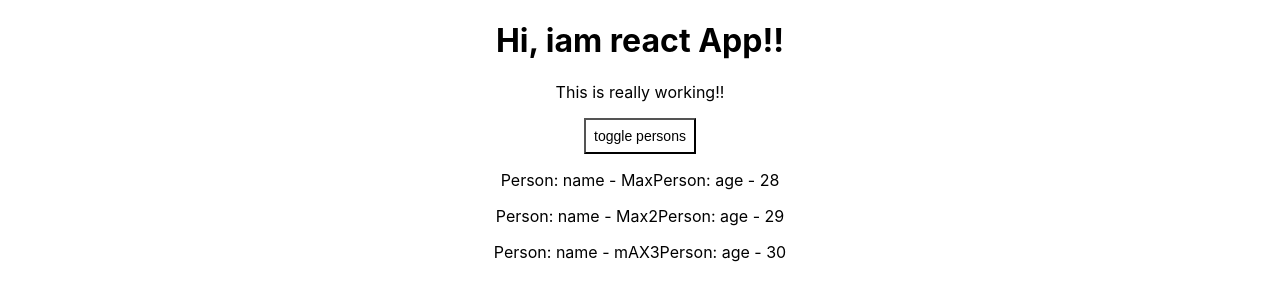
Repository: RohitMalik2/Rohit_react
Page: /, after clicking the first element matching `button`
These files come from the project's save history. The page is drawn as it stood at one moment and after the next save; the edit follows.
The browser window is 1280 px wide. The pictures show the whole page.
The project was rebuilt for these pictures with package versions that can differ from the ones it lists, and the page was loaded fresh each time.

Above is the page before, as saved 2019-11-21 22:23:34.

### src/App.js
import React, { Component } from 'react';
import logo from './logo.svg';
import './App.css';
import Person from './Person/Person'

class App extends Component {

  state = {
    persons: [
      { name: 'Max', age: 28 },
      { name: 'Max2', age: 29 },
      { name: 'mAX3', age: 30 }
    ],
    otherState: 'some other state',
    showPersons: false
  }
/*
  switchNameHandler = (newName) => {
    // Don't do this: this.state.persons[0].name = 'Maximilian'
    this.setState({
      persons: [
        { name: newName, age: 35 },
        { name: 'Max2', age: 29 },
        { name: 'mAX3', age: 30 }
      ],
      otherState: 'some other state'
    });
  }

  nameChangeHandler = (event) => {
    this.setState({
      persons: [
        { name: 'Yash', age: 13 },
        { name: event.target.value, age: 13 },
        { name: 'Yash', age: 13 }
      ]
    })
  } */

  deletePersonHandler = (index) => {
    const persons = this.state.persons;
    persons.splice(index, 1);
    this.setState({persons: persons});
  }

  togglePersonsHandler = () => {
    const currentState = this.state.showPersons;
    this.setState({ showPersons: !currentState });
  }
  render() {
    const style = {
      fontSize: '14px',
      backgroundColor: 'White',
      border: '1px soild blue',
      padding: '8px'
    };

    let persons = null;
    if (this.state.showPersons) {
      persons = (
        <div>
          {/* iterating through a list of items */}
          {this.state.persons.map((person, index) => {
            return <Person onClick={() => this.deletePersonHandler(index)}
                    name={person.name}
                    age={person.age} />;
          })}

          {/*  <Person
            name={this.state.persons[0].name}
            age={this.state.persons[0].age} />
          <Person
            name={this.state.persons[1].name}
            age={this.state.persons[1].age} />
          <Person
            name={this.state.persons[2].name}
            age={this.state.persons[2].age} /> */}
        </div>
      );
    }
    return (
      <div className="App">
        <h1>Hi, iam react App!!</h1>
        <p>This is really working!!</p>
        <button style={style} onClick={this.togglePersonsHandler}>toggle persons</button>
        {persons}
      </div>
    );
  };

}

export default App;

### src/Person/Person.js
import React from 'react';

const Person = (props) =>{
    return (
            <p>Person: name - {props.name}Person: age - {props.age}</p>
    );
};

export default Person;

Loaded but not shown: public/index.html (common file); src/index.js (common file); src/index.css (common file); src/serviceWorker.js (common file); src/App.css (common file)

After the next save:
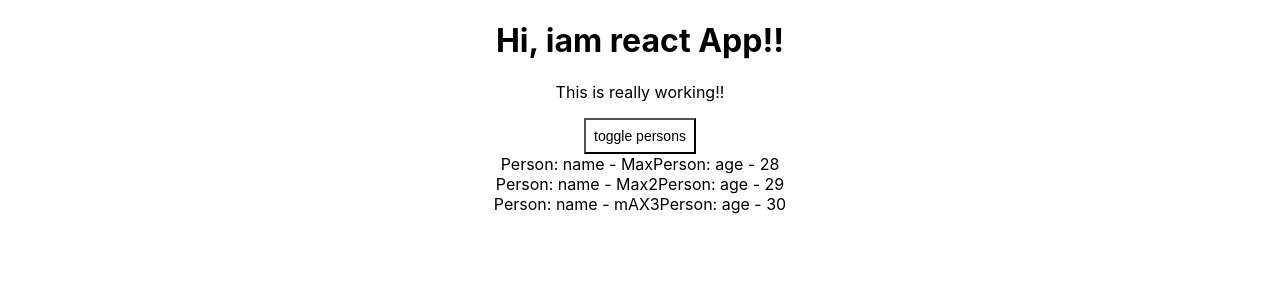
Saved 68 s later.
--- a/src/Person/Person.js
+++ b/src/Person/Person.js
@@ -2,7 +2,7 @@
 
 const Person = (props) =>{
     return (
-            <p>Person: name - {props.name}Person: age - {props.age}</p>
+            <div>Person: name - {props.name}Person: age - {props.age}</div>
     );
 };
 

After the save that followed:
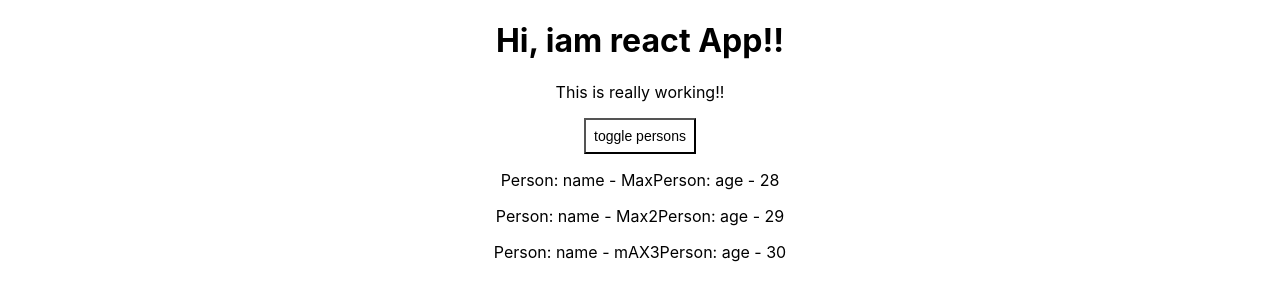
Saved 25 s later.
--- a/src/Person/Person.js
+++ b/src/Person/Person.js
@@ -2,7 +2,7 @@
 
 const Person = (props) =>{
     return (
-            <div>Person: name - {props.name}Person: age - {props.age}</div>
+            <p>Person: name - {props.name}Person: age - {props.age}</p>
     );
 };
 
